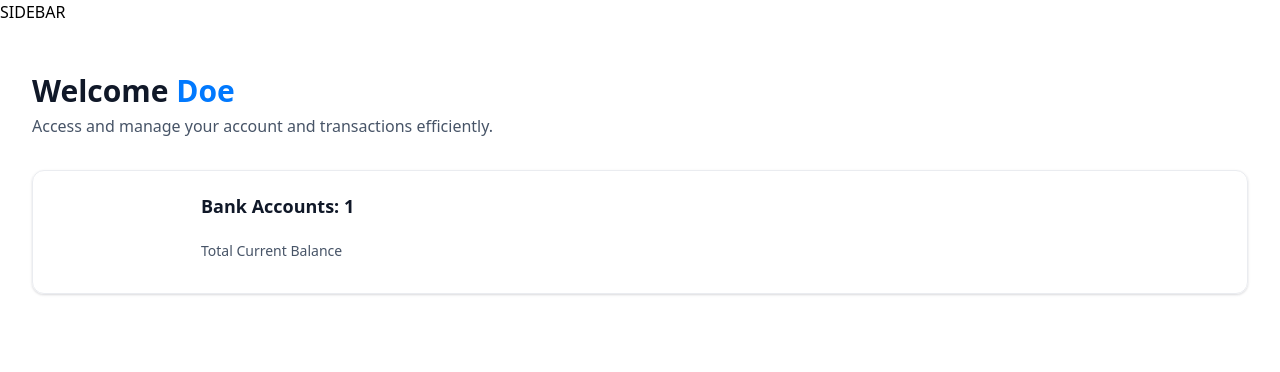
Repository: akinolapo/creditcraze
Page: /
The author's editor kept a copy of each file at every save. The page is drawn from the files as they stood at one save, then again after a run of saves.
The browser window is 1280 px wide. The pictures show the whole page.
The project was rebuilt for these pictures with package versions that can differ from the ones it lists, and the page was loaded fresh each time. The framework's server and built-in components were replaced by stand-ins that run in the browser. Also part of the build but not shown: next.config.mjs.

Above is the page before, as saved 2024-06-26 14:10:25.

### app/layout.tsx
import type { Metadata } from "next";
import { Inter, IBM_Plex_Serif } from "next/font/google";
import "./globals.css";

const inter = Inter({ subsets: ["latin"], variable: '--font-inter' });
const ibmPlexSerif = IBM_Plex_Serif({
  subsets: ['latin'],
  weight: ['400', '700'],
  variable: '--font-ibm-plex-serif'
})

export const metadata: Metadata = {
  title: "CreditCraze",
  description: "CreditCraze is a modern banking platform for everyone.",
  icons: {
    icon: '/icons/logo.svg'
  }
};

export default function RootLayout({
  children,
}: Readonly<{
  children: React.ReactNode;
}>) {
  return (
    <html lang="en">
      <body className={`${inter.variable} ${ibmPlexSerif.variable}`}>{children}</body>
    </html>
  );
}

### app/(root)/page.tsx
import HeaderBox from '@/components/HeaderBox'
import TotalBalanceBox from '@/components/TotalBalanceBox';
import React from 'react'

const Home = () => {
  const loggedIn = { firstName: 'Doe'};
  return (
    <section className="home">
      <div className="home-content">
        <header className="home-header">
          <HeaderBox
            type="greeting"
            title="Welcome"
            user={loggedIn?.firstName || 'Guest'}
            subtext="Access and manage your account and transactions efficiently."
          />

          <TotalBalanceBox
            accounts={[]}
            totalBanks={1}
            totalCurrentBalance={1250.35}
          />

        </header>
      </div>
    </section>
  )
}

export default Home

### components/HeaderBox.tsx
const HeaderBox = ({ type="title", title, subtext, user}: HeaderBoxProps) => {
  return (
    <div className="header-box">
        <h1 className="header-box-title">
            {title}
            {type === 'greeting' && (
                <span className="text-bankGradient">
                    &nbsp;{user}
                </span>
            )}
        </h1>
        <p className="header-box-subtext">{subtext}</p>
    </div>
  )
}

export default HeaderBox

### components/TotalBalanceBox.tsx
import React from 'react'

const TotalBalanceBox = ({
  accounts= [], totalBanks, totalCurrentBalance
}:TotlaBalanceBoxProps) => {
  return (
    <section className="total-balance">
      <div className="total-balance-chart">
        {/* DoughnutChart */}
      </div>
      <div className="flex flex-col gap-6">
        <h2 className="header-2">
          Bank Accounts: {totalBanks}
        </h2>
        <div className="flex flex-col gap-2">
          <p className="total-balance-label">
            Total Current Balance
          </p>
          <p className="total-balance-amount flex-center gap-2">

          </p>
        </div>
      </div>
    </section>
  )
}

export default TotalBalanceBox

Loaded but not shown: app/(root)/layout.tsx (common file); app/globals.css (common file); tailwind.config.ts (common file)

After the next 2 saves:
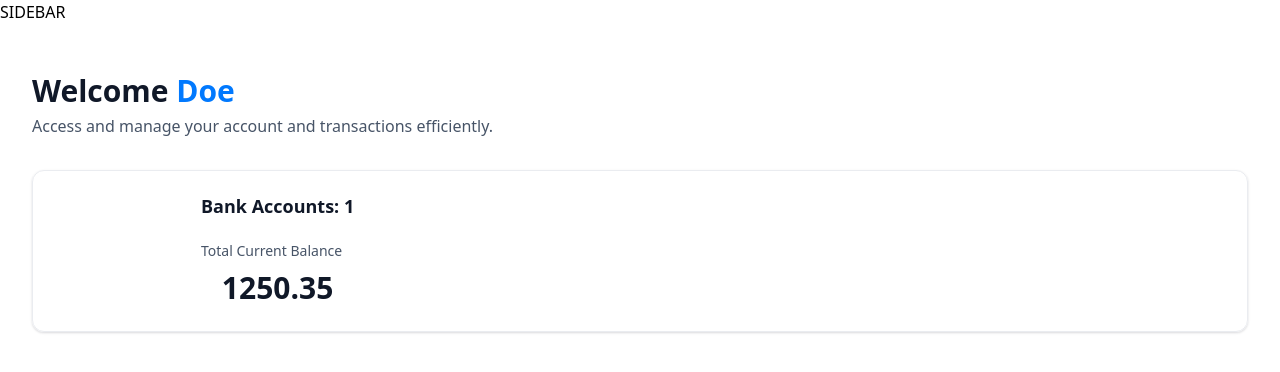
The 2 saves are shown as one change because they came seconds apart.
The last was saved 7 s later.
--- a/components/TotalBalanceBox.tsx
+++ b/components/TotalBalanceBox.tsx
@@ -17,7 +17,7 @@ const TotalBalanceBox = ({
             Total Current Balance
           </p>
           <p className="total-balance-amount flex-center gap-2">
-
+            {totalCurrentBalance}
           </p>
         </div>
       </div>
